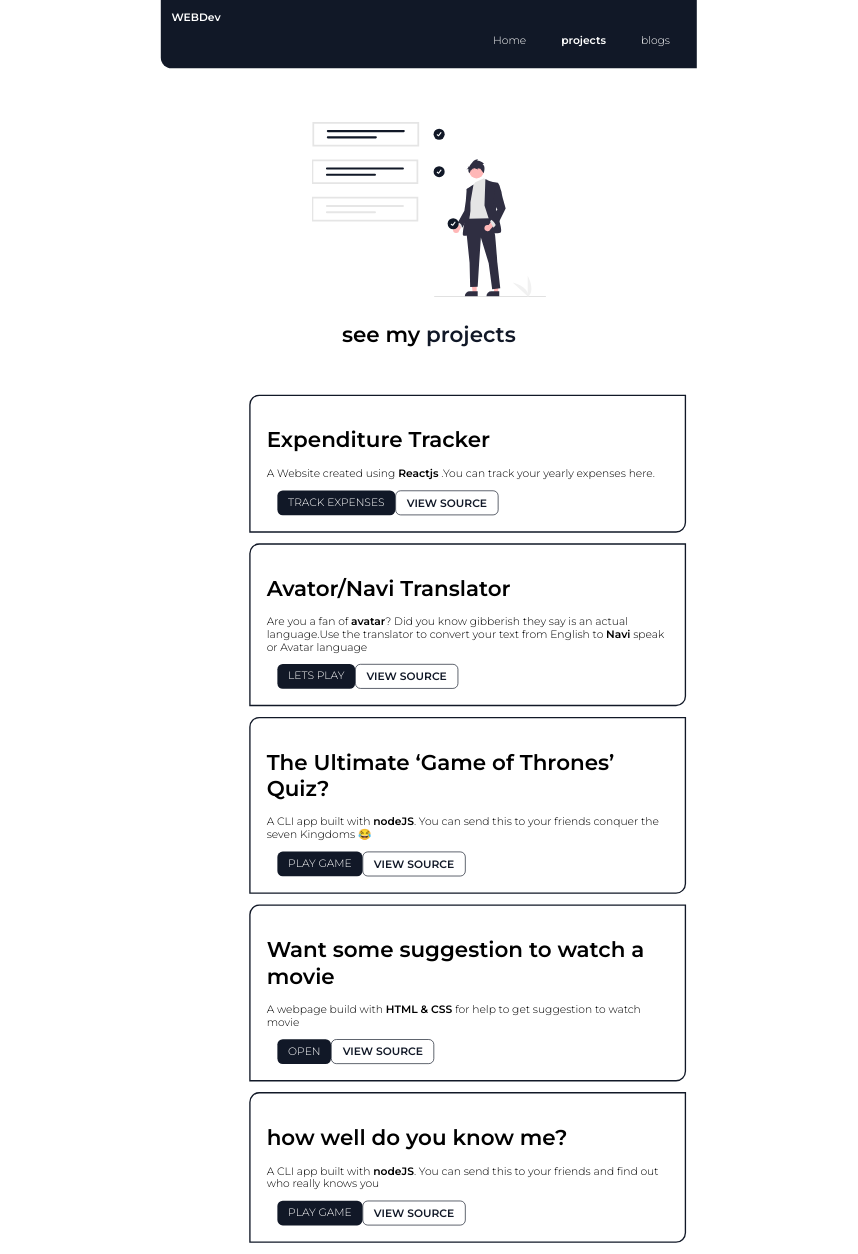
Repository: sohan2503001/Portfolio
Page: projects.html
An editor plug-in stored every save of this project. The page is shown before and after the next save, followed by the edit.
The browser window is 1280 px wide. The pictures show the whole page, at 67% of full size.

Above is the page before, as saved 2021-05-11 18:27:14.

After the next save:
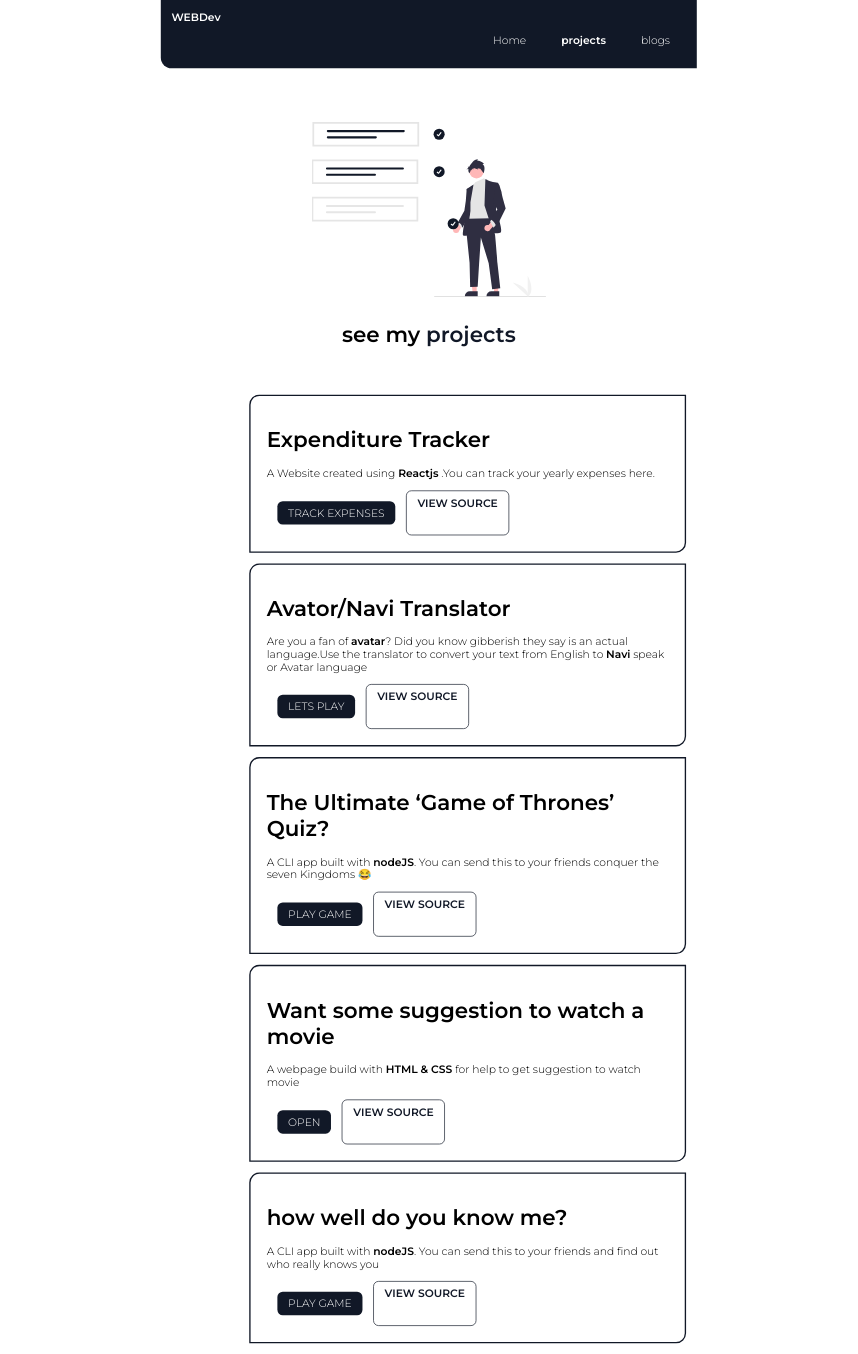
Saved 9 s later.
--- a/style.css
+++ b/style.css
@@ -165,5 +165,5 @@ hr{
 }
 
 .name-link{
-    margin-left: 1rem;
+    margin: 1rem;
 }
